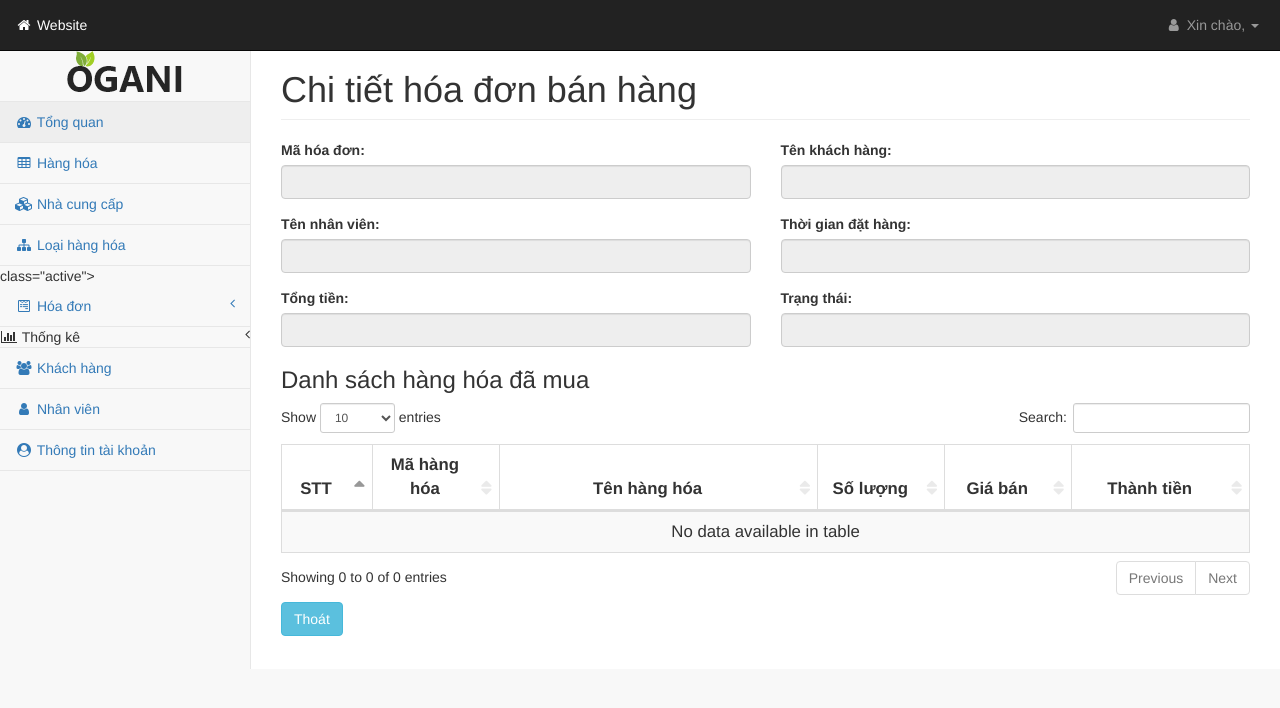
Repository: Hoang-2363/Web_Ban_Hang_JSP_Servlet_CB
Page: http://localhost/QL_BH/admin/hd_bh_ct.jsp
These files come from the project's save history. The page is drawn as it stood at one moment and after a run of saves; the edit follows.
The browser window is 1280 px wide. The pictures show the whole page.
The page is served by Tomcat 10. Other server files are loaded and not shown. The template is opened directly, without the code that normally fills it, so the values that code supplies are empty.

Above is the page before, as saved 2024-06-19 03:09:21.

### QL_BH/src/main/webapp/admin/hd_bh_ct.jsp
<%@ page language="java" contentType="text/html; charset=UTF-8"
	pageEncoding="UTF-8"%>
<%@taglib prefix="c" uri="http://java.sun.com/jsp/jstl/core"%>
<%@ taglib prefix="fmt" uri="http://java.sun.com/jsp/jstl/fmt"%>
<!DOCTYPE html>
<html lang="en">
<head>
<meta charset="UTF-8">
<meta http-equiv="X-UA-Compatible" content="IE=edge">
<meta name="viewport" content="width=device-width, initial-scale=1">
<meta name="description" content="">
<meta name="author" content="">

<title>Siêu thị Organi</title>
<!-- Icon Title -->
<link rel="icon" type="image/x-icon" href="../page/img/title.ico">

<!-- Bootstrap Core CSS -->
<link href="css/bootstrap.min.css" rel="stylesheet">

<!-- MetisMenu CSS -->
<link href="css/metisMenu.min.css" rel="stylesheet">

<!-- DataTables CSS -->
<link href="css/dataTables/dataTables.bootstrap.css" rel="stylesheet">

<!-- DataTables Responsive CSS -->
<link href="css/dataTables/dataTables.responsive.css" rel="stylesheet">

<!-- Custom CSS -->
<link href="css/startmin.css" rel="stylesheet">

<!-- Custom Fonts -->
<link href="css/font-awesome.min.css" rel="stylesheet" type="text/css">
<style>
th, tbody {
	text-align: center;
}
</style>
</head>

<body>

	<div id="wrapper">

		<!-- Navigation -->
		<nav class="navbar navbar-inverse navbar-fixed-top" role="navigation">
			<ul class="nav navbar-nav navbar-left navbar-top-links">
				<li><a href="http://localhost:8000/QL_BH/"><i
						class="fa fa-home fa-fw"></i> Website</a></li>
			</ul>

			<ul class="nav navbar-right navbar-top-links">
				<li class="dropdown"><a class="dropdown-toggle"
					data-toggle="dropdown" href="#"> <i class="fa fa-user fa-fw"></i>
						Xin chào, ${sessionScope.account.ho_ten_nv}<b class="caret"></b>
				</a>
					<ul class="dropdown-menu dropdown-user">
						<li><a href="thongtintk"><i class="fa fa-user fa-fw"></i>
								Thông tin tài khoản</a></li>

						<li class="divider"></li>
						<li><a href="logout"><i class="fa fa-sign-out fa-fw"></i>
								Đăng xuất</a></li>
					</ul></li>
			</ul>
			<!-- /.navbar-top-links -->
		</nav>

		<aside class="sidebar navbar-default" role="navigation">
			<div class="sidebar-nav navbar-collapse">
				<ul class="nav" id="side-menu">
					<li class="text-center"><img src="../page/img/logo.png"></li>
					<li><a href="trangchu" class="active"><i
							class="fa fa-dashboard fa-fw"></i> Tổng quan</a></li>

					<li><a href="hanghoa"><i class="fa fa-table fa-fw"></i>
							Hàng hóa</a></li>
					<li><a href="nhacungcap"><i class="fa fa-cubes fa-fw"></i>
							Nhà cung cấp</a></li>
					<li><a href="loaihanghoa"><i class="fa fa-sitemap fa-fw"></i>
							Loại hàng hóa</a></li>
					<li>class="active">
                        <a href="#"><i class="fa fa-wpforms fa-fw"></i> Hóa đơn<span
						class="fa arrow"></span></a>
						<ul class="nav nav-second-level">
							<li><a href="hdbanhang">Bán hàng</a></li>
							<li><a href="hd_nh.html">Nhập hàng</a></li>
						</ul></li>
					<li><i class="fa fa-bar-chart-o fa-fw"></i> Thống kê<span
						class="fa arrow"></span></a>
						<ul class="nav nav-second-level">
							<li><a href="tk_dt_bh.html">Doanh thu bán hàng</a></li>
							<li><a href="tk_cp_nh.html">Chi phí nhập hàng</a></li>
							<li><a href="tk_kh.html">Khách hàng</a></li>
							<li><a href="tk_sp.html">Sản phẩm</a></li>
						</ul></li>
					<li><a href="khachhang"><i class="fa fa-users fa-fw"></i>
							Khách hàng</a></li>
					<li><a href="nhan_vien.jsp"><i class="fa fa-user fa-fw"></i>
							Nhân viên</a></li>
					<li><a href="thongtintk"><i
							class="fa fa-user-circle fa-fw"></i> Thông tin tài khoản</a></li>
				</ul>
			</div>
		</aside>
		<!-- /.sidebar -->

		<div id="page-wrapper">
			<div class="container-fluid">
				<div class="row">
					<div class="col-lg-12">
						<h1 class="page-header">Chi tiết hóa đơn bán hàng</h1>
					</div>
				</div>
				<div class="row">
					<div class="col-lg-12 col-xlg-12 col-md-12  ">
						<div class="card">
							<div class="card-body">
								<c:set var="c1" value="${requestScope.data1}" />
								<form class="form-horizontal form-material mx-2">
									<div class="form-group">
										<label class="col-md-6 mb-0">Mã hóa đơn: </label> <label
											class="col-md-6 mb-0">Tên khách hàng: </label>
										<div class="col-md-6">
											<input type="text" placeholder=""
												class="form-control ps-0 form-control-line" required
												readonly value="${c1.ma_hd_bh}" />
										</div>
										<div class="col-md-6">
											<input type="text" placeholder=""
												class="form-control ps-0 form-control-line" required
												readonly value="${c1.ten_kh}" />
										</div>
									</div>
									<div class="form-group">
										<label for="example-email" class="col-md-6">Tên nhân
											viên:</label> <label class="col-md-6 mb-0">Thời gian đặt
											hàng:</label>
										<div class="col-md-6">
											<input type="text" placeholder=""
												class="form-control ps-0 form-control-line"
												name="example-email" id="example-email" required readonly
												value="${c1.ten_nv}" />
										</div>
										<div class="col-md-6">
											<input type="text" placeholder=""
												class="form-control ps-0 form-control-line" required
												readonly value="${c1.ngay_xuat_hd}" />
										</div>
									</div>
									<div class="form-group">
										<label class="col-md-6 mb-0">Tổng tiền:</label> <label
											class="col-md-6 mb-0">Trạng thái:</label>
										<div class="col-md-6">
											<input type="text" placeholder=""
												class="form-control ps-0 form-control-line" required
												readonly
												value="<fmt:formatNumber
															value="${c1.tong_tien}" type="number" />" />
										</div>
										<div class="col-md-6">
											<input type="text" placeholder=""
												class="form-control ps-0 form-control-line" required
												readonly value="${c1.trang_thai}" />
										</div>
									</div>
									<h3 class="center">Danh sách hàng hóa đã mua</h3>
									<div class="table-responsive">
										<table class="table table-striped table-bordered table-hover"
											id="dataTables-example" style="font-size: 1.2em;">
											<thead>
												<tr>
													<th style="width: 30px; text-align: center;">STT</th>
													<th style="width: 60px; text-align: center;">Mã hàng
														hóa</th>
													<th style="width: 210px; text-align: center;">Tên hàng
														hóa</th>
													<th style="width: 60px; text-align: center;">Số lượng</th>
													<th style="width: 60px; text-align: center;">Giá bán</th>
													<th style="width: 100px; text-align: center;">Thành
														tiền</th>
												</tr>
											</thead>
											<tbody style="text-align: center;">
												<c:forEach items="${requestScope.data2}" var="c2"
													varStatus="status">
													<tr class="odd gradeX">
														<td style="vertical-align: middle;">${status.index + 1}</td>
														<td style="vertical-align: middle;">HH_${c2.ma_hang}</td>
														<td style="vertical-align: middle;">${c2.ten_hang}</td>
														<td style="vertical-align: middle;">${c2.so_luong}</td>
														<td style="vertical-align: middle;">${c2.gia_ban}</td>
														<td style="vertical-align: middle;">${c2.thanh_tien}</td>
													</tr>
												</c:forEach>
											</tbody>
										</table>
									</div>
									<div class="form-group">
										<div class="col-sm-12 d-flex">
											<a href="hdbanhang"
												class="btn btn-info mx-auto mx-md-0 text-white"> Thoát</a>
										</div>
									</div>
								</form>
							</div>
						</div>
					</div>

				</div>
			</div>
		</div>
	</div>
	<!-- jQuery -->
	<script src="js/jquery.min.js"></script>

	<!-- Bootstrap Core JavaScript -->
	<script src="js/bootstrap.min.js"></script>

	<!-- Metis Menu Plugin JavaScript -->
	<script src="js/metisMenu.min.js"></script>

	<!-- DataTables JavaScript -->
	<script src="js/dataTables/jquery.dataTables.min.js"></script>
	<script src="js/dataTables/dataTables.bootstrap.min.js"></script>

	<!-- Custom Theme JavaScript -->
	<script src="js/startmin.js"></script>

	<!-- Page-Level Demo Scripts - Tables - Use for reference -->
	<script>
		$(document).ready(function() {
			$('#dataTables-example').DataTable({
				responsive : true
			});
		});
	</script>
</body>

</html>

Loaded but not shown: QL_BH/src/main/webapp/admin/css/bootstrap.min.css (library); QL_BH/src/main/webapp/admin/css/metisMenu.min.css (common file); QL_BH/src/main/webapp/admin/css/dataTables/dataTables.bootstrap.css (common file); QL_BH/src/main/webapp/admin/css/dataTables/dataTables.responsive.css (common file); QL_BH/src/main/webapp/admin/css/font-awesome.min.css (library); QL_BH/src/main/webapp/admin/js/jquery.min.js (library); QL_BH/src/main/webapp/admin/js/bootstrap.min.js (library); QL_BH/src/main/webapp/admin/js/metisMenu.min.js (common file); QL_BH/src/main/webapp/admin/js/dataTables/jquery.dataTables.min.js (library); QL_BH/src/main/webapp/admin/js/dataTables/dataTables.bootstrap.min.js (common file); QL_BH/src/main/webapp/admin/js/startmin.js (36 lines, source omitted); QL_BH/src/main/webapp/admin/css/startmin.css (659 lines, source omitted)

After the next 2 saves:
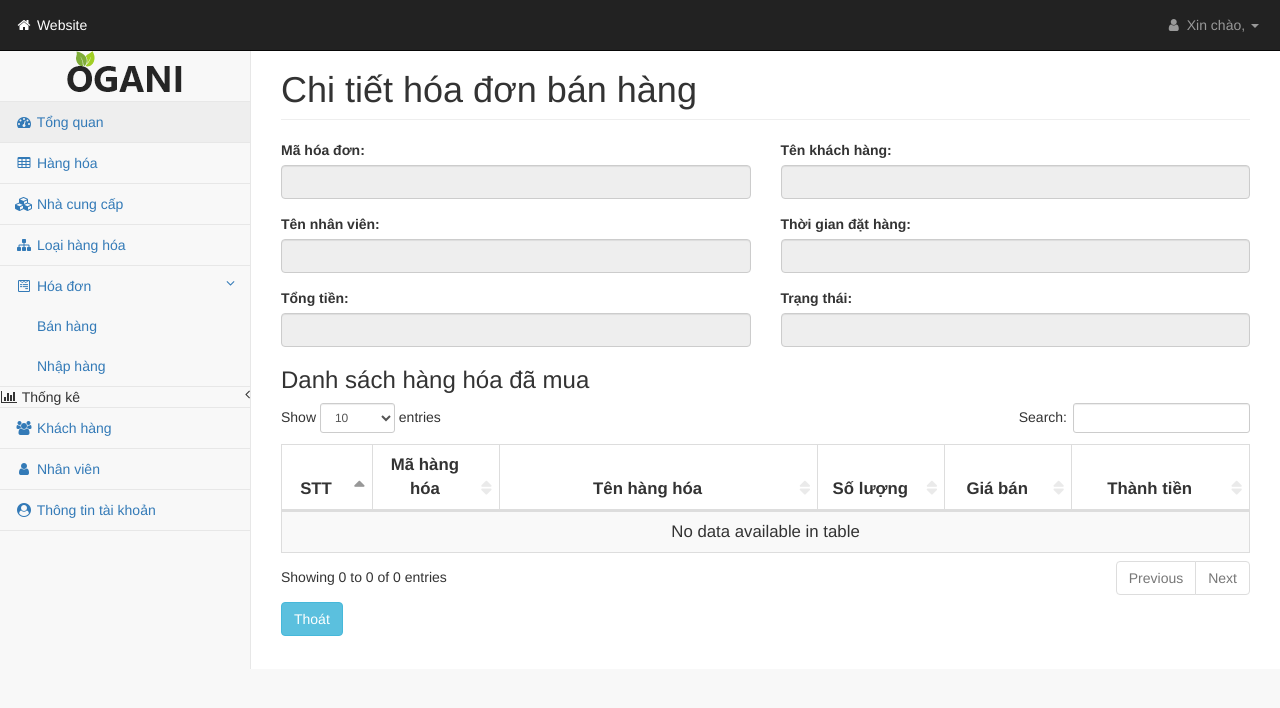
The 2 saves are shown as one change because they came seconds apart.
The last was saved 5 s later.
--- a/QL_BH/src/main/webapp/admin/hd_bh_ct.jsp
+++ b/QL_BH/src/main/webapp/admin/hd_bh_ct.jsp
@@ -80,7 +80,7 @@ th, tbody {
 							Nhà cung cấp</a></li>
 					<li><a href="loaihanghoa"><i class="fa fa-sitemap fa-fw"></i>
 							Loại hàng hóa</a></li>
-					<li>class="active">
+					<li class="active">
                         <a href="#"><i class="fa fa-wpforms fa-fw"></i> Hóa đơn<span
 						class="fa arrow"></span></a>
 						<ul class="nav nav-second-level">
